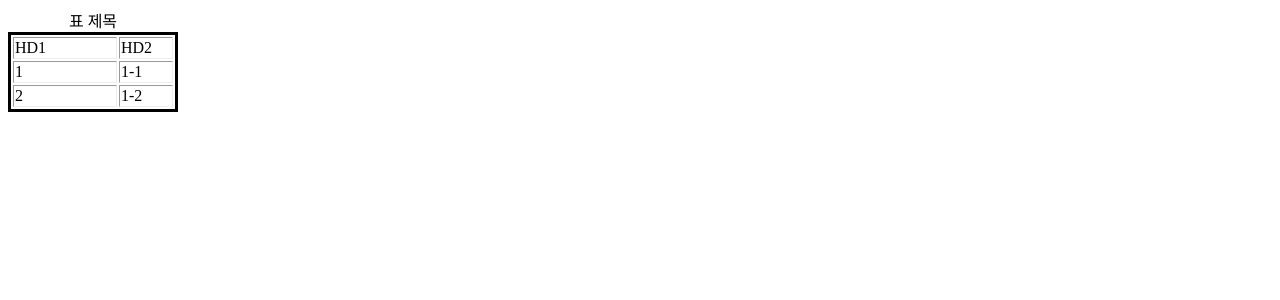
Repository: o-ddong/JSP
Page: ch1_html/WebContent/hello.html
These files come from the project's save history. The page is drawn as it stood at one moment and after the next save; the edit follows.
The browser window is 1280 px wide. The pictures show the whole page.

Above is the page before, as saved 2021-03-03 05:21:43.

After the next save:
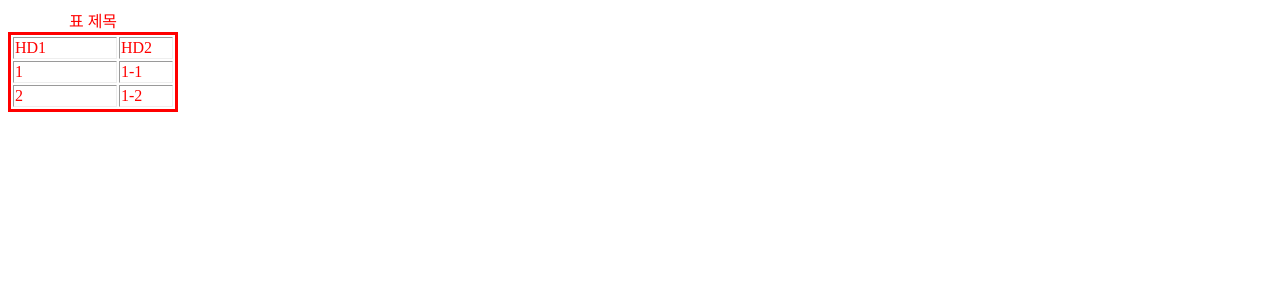
Saved 18 s later.
--- a/ch1_html/WebContent/hello.html
+++ b/ch1_html/WebContent/hello.html
@@ -4,7 +4,7 @@
 <meta charset="EUC-KR">
 <title>Insert title here</title>
 <style type = "text/css">
-	.style0{border:solid}
+	.style0{border:solid; color:red;}
 	.style1{font-family:궁서체 ; color:red; font-size:25px; width:100px}
 	.style2{font-family:italic; color:blur; font-size:18px; width:50px}
 	.style3{background-color:yellow;}
